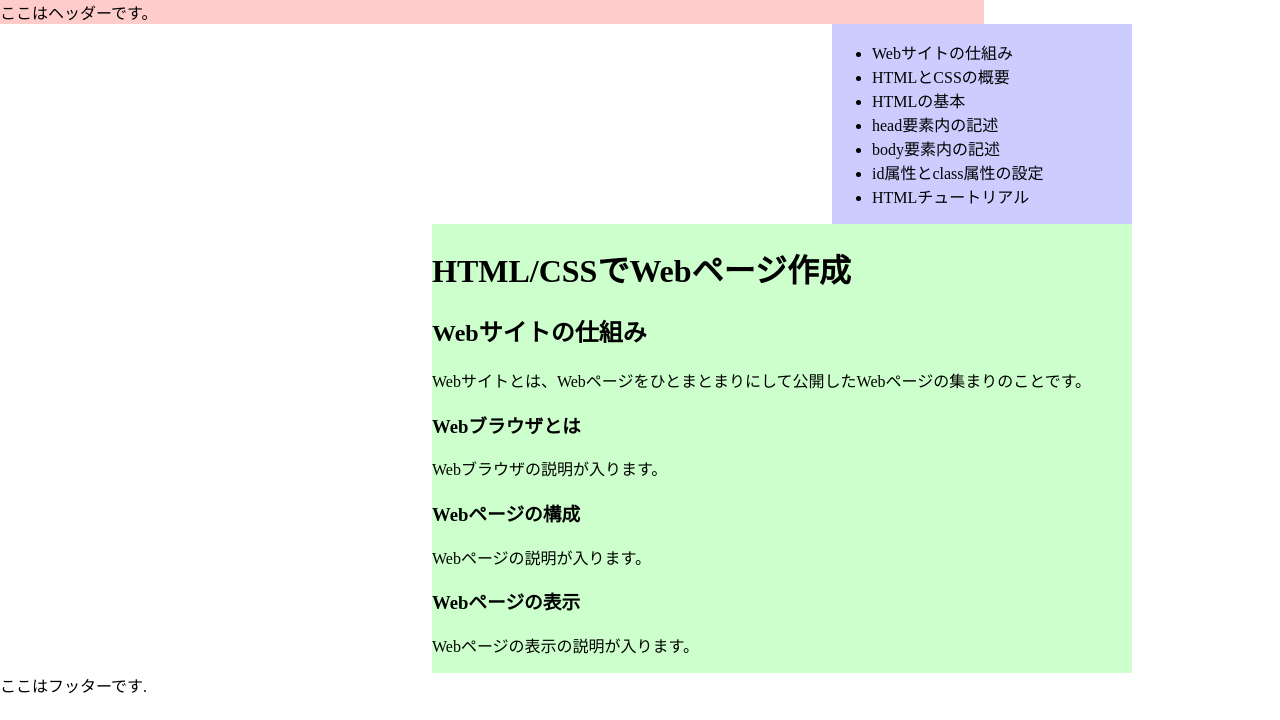
Repository: yoshimasa-ishihara/first-git
Page: kadai-html-css/kadai-html.html
The author's editor kept a record of every edit. The page is drawn from the files as they stood at one moment, then again after the next edit.
The browser window is 1280 px wide. The pictures show the whole page.

Above is the page before.

### kadai-html-css/kadai-html.html
<!DOCTYPE html>
<html lang="ja">
    <head>
        <meta charset="UTF-8">
        <title>HTML/CSSでWebページ作成</title>
        <link rel="stylesheet" href="kadai-css.css">
    </head>
    <body>
        <header>
         ここはヘッダーです。
        </header>
        <div id="wrapper" class="clearfix">
            <nav id="menu">
             <ul>
              <li>Webサイトの仕組み</li>
              <li>HTMLとCSSの概要</li>
              <li>HTMLの基本</li>
              <li>head要素内の記述</li>
              <li>body要素内の記述</li>
              <li>id属性とclass属性の設定</li>
              <li>HTMLチュートリアル</li>
             </ul>
            </nav>
            <div id="main">
             <h1>HTML/CSSでWebページ作成</h1>
             <h2>Webサイトの仕組み</h2>
             <p>Webサイトとは、Webページをひとまとまりにして公開したWebページの集まりのことです。 </p>
             <h3>Webブラウザとは</h3>
             <p>Webブラウザの説明が入ります。</p>
             <h3>Webページの構成</h3>
             <p>Webページの説明が入ります。</p>
             <h3>Webページの表示</h3>
             <p>Webページの表示の説明が入ります。</p>

            </div>
        </div>
        <footer>
          ここはフッターです.
        </footer>
    </body>
</html>

### kadai-html-css/kadai-css.css
@charset "UTF=8";

body{
    margin:0;
    padding:0;
    color:black;
}
#wrapper{
    width:984px;
    margin:0 auto;
}
#menu{
    width:300px;
    float:right;
    background-color:#ccccff;
}
#main{
    width:700px;
    float:right;
    background-color:#ccffcc;
}
.clearfix::after{
    content:'';
    display:block;
    clear:both;
}
header{
    width:984px;
    margin:0;
    background-color:#ffcccc;
}

After the next edit:
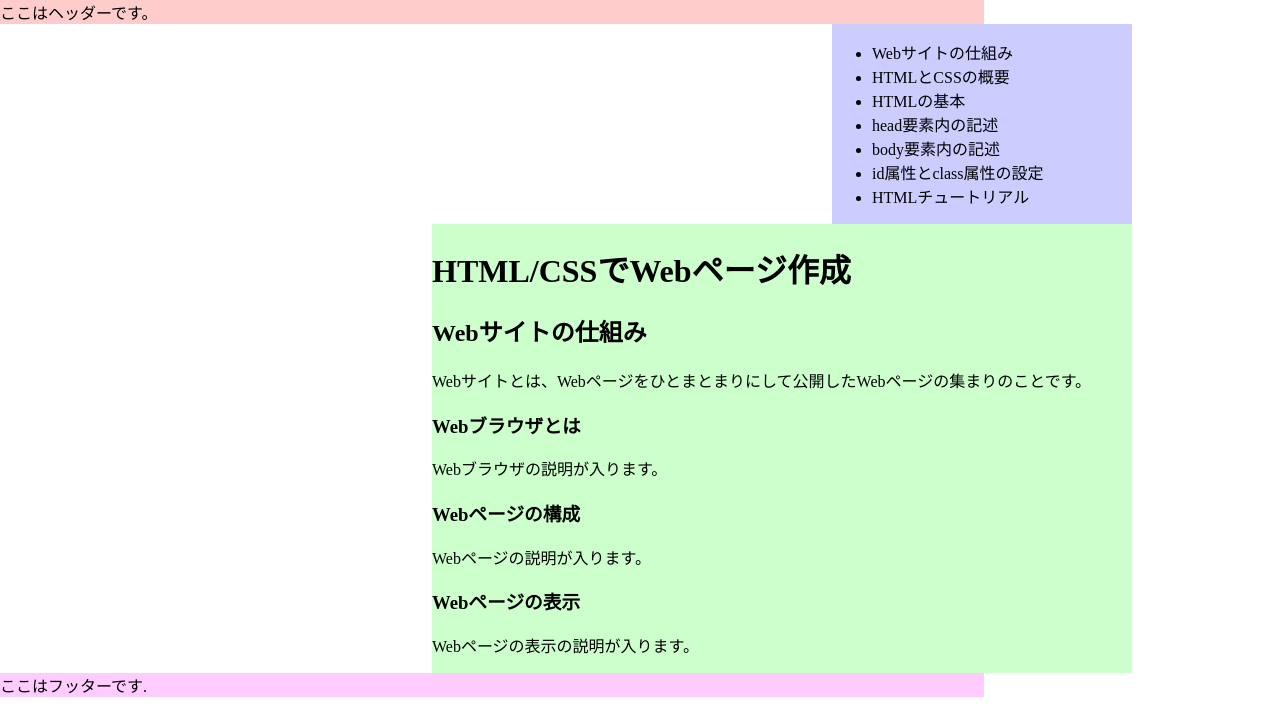
The edit:
--- a/kadai-html-css/kadai-css.css
+++ b/kadai-html-css/kadai-css.css
@@ -29,3 +29,8 @@
     margin:0;
     background-color:#ffcccc;
 }
+footer{
+    width:984px;
+    margin:0;
+    background-color:#ffccff;
+}
